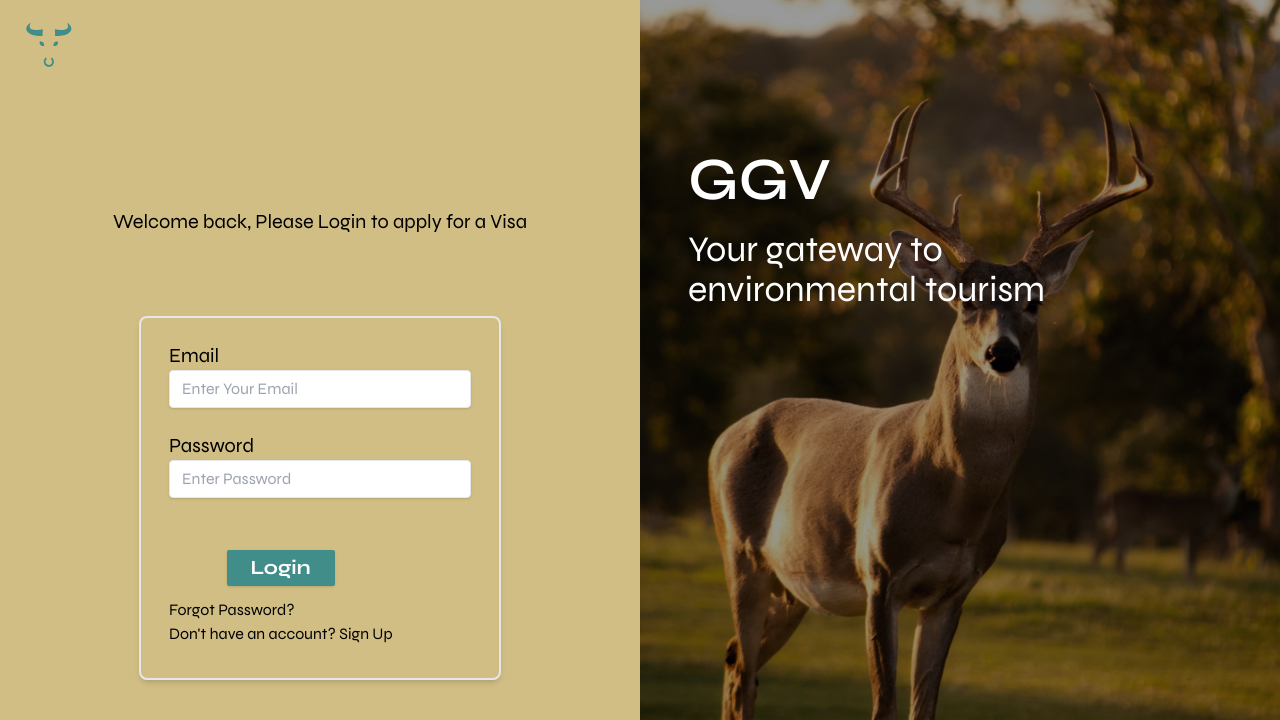
Repository: EngrAhmadUmar/landing-page
Page: /login
An editor plug-in stored every save of this project. The page is shown before and after the next save, followed by the edit.
The browser window is 1280 px wide. The pictures show the whole page.
The project was rebuilt for these pictures with package versions that can differ from the ones it lists, and the page was loaded fresh each time. The framework's server and built-in components were replaced by stand-ins that run in the browser. Also part of the build but not shown: next.config.js, styles/Home.module.css, src/Components/ApplyPageComponents/ApplyForm.jsx, src/Components/ApplyPageComponents/RegisterForm.jsx.

Above is the page before, as saved 2022-07-08 15:19:34.

### pages/_app.js
import "../styles/globals.css";
import { ApolloClient, InMemoryCache, ApolloProvider } from "@apollo/client";

//apollo clients
const client = new ApolloClient({
  uri: "http://localhost:1337/graphql",
  cache: new InMemoryCache()
});

function MyApp({ Component, pageProps }) {
  return (
    <ApolloProvider client={client}>
      <Component {...pageProps} />
    </ApolloProvider>
  );
}

export default MyApp;

### pages/login.js
import React from "react";
import {
  LoginForm,
} from "../src/Components/ApplyPageComponents/Index";

export default function Login() {
  return (
    <React.Fragment>
      <div className="bg-[#000107] font-syne ">
        <LoginForm />
      </div>
    </React.Fragment>
  );
}

### pages/api/checkout_sessions.js
const stripe = require("stripe")(process.env.STRIPE_SECRET_KEY);

export default async function handler(req, res) {
  if (req.method === "POST") {
    try {
      const sgMail = require("@sendgrid/mail");
      sgMail.setApiKey(process.env.SENDGRID_API_KEY);
      const message = {
        to: "zcaptain65@gmail.com",
        from: "zcaptain2002@gmail.com",
        // subject: "Scenario 44",
        // text: "Lift and coast where possible",
        templateId: "d-f408be01db99489cbd757d4607cf23f2",
        dynamicTemplateData: {
          subject: "GGV Test Email",
        },
        // html: "<h1>Success</h1> <p>We received your purchase request;<br/> we'll be in touch shortly!</p>",
      };

      sgMail
        .send(message)
        .then((response) => console.log("Email Sent"))
        .catch((error) => console.log(error.message));
      // Create Checkout Sessions from body params.
      const session = await stripe.checkout.sessions.create({
        line_items: [
          {
            // Provide the exact Price ID (for example, pr_1234) of the product you want to sell
            price: "price_1LG6qaFQPGmzrn5tDKjmnos3",
            quantity: 1,
          },
        ],
        mode: "payment",

        success_url: `${req.headers.origin}/payments/?success=true`,
        cancel_url: `${req.headers.origin}/payments/?canceled=true`,
      });
      res.redirect(303, session.url);
    } catch (err) {
      res.status(err.statusCode || 500).json(err.message);
    }
  } else {
    res.setHeader("Allow", "POST");
    res.status(405).end("Method Not Allowed");
  }
}

### styles/globals.css
@import url("https://fonts.googleapis.com/css2?family=Poppins:wght@400;500;600&family=Syne:wght@400;500;600;700&display=swap");

@tailwind base;
@tailwind components;
@tailwind utilities;

### src/Components/ApplyPageComponents/Index.jsx
export { default as ApplyForm } from "./ApplyForm";
export { default as LoginForm } from "./LoginForm";
export { default as RegisterForm } from "./RegisterForm";

### src/Components/ApplyPageComponents/LoginForm.jsx
import { useMutation } from "@apollo/client";
import Head from "next/head";
import { useState } from "react";
import Image from "next/image";
import FormButton from "./FormButton";
import { AUTH_TOKEN } from "../constant";
import { LOGIN_MUTATION } from "../../mutations/auth";

const Login = () => {
  const [username, setUsername] = useState("");
  const onChangeUsername = (e) => {
    setUsername(e.target.value);
  };
  const [password, setPassword] = useState("");
  const onChangePassword = (e) => {
    setPassword(e.target.value);
  };

  const onSubmit = (e) => {
    e.preventDefault();
    if (username === "" || password === "") {
      return alert("please fill in all fields");
    }
    login(username, password);

    setUsername("");
    setPassword("");
  };

  const [login, { data, loading, error }] = useMutation(LOGIN_MUTATION, {
    variables: {
      username: username,
      password: password
    }
  });

  if (data) {
    localStorage.setItem(AUTH_TOKEN, data.login.jwt);
    console.log(data);
    localStorage.setItem("user", JSON.stringify(data));
    console.log("user logged in");
  }

  return (
    <div className="font-syne bg-[#d1be84] bg-cover grid grid-col-1 md:grid-cols-2 md:h-[100vh]">
      <Head>
        <title>Login</title>
        <meta name="description" content="Login to GGV" />
      </Head>
      <div className="h-[100vh]">
        <div className="w-[50px] h-40 pt-5 ml-6">
          <Image
            src="/logo.svg"
            layout="responsive"
            width={5}
            height={5}
            opacity={100}
          />
        </div>
        <h3 className="text-center text-xl mt-[3rem]">
          Welcome back, Please Login to apply for a Visa
        </h3>
        <div className="flex justify-center">
          <form
            onSubmit={onSubmit}
            className="pt-6 pb-8 mb-4 mt-[5rem] border-2 rounded-lg shadow-md px-7 border-gray "
          >
            <div className="mb-6">
              <label className="text-lg md:text-xl">Email</label>
              <input
                type="email"
                className="w-full px-3 py-2 leading-tight text-gray-700 border rounded shadow appearance-none focus:outline-none focus:shadow-outline"
                name="username"
                onChange={onChangeUsername}
                placeholder="Enter Your Email"
                value={username}
              />
            </div>

            <div className="mb-4">
              <label className="text-lg md:text-xl">Password</label>
              <input
                type="password"
                name="password"
                value={password}
                onChange={onChangePassword}
                placeholder="Enter Password"
                className="w-full px-3 py-2 leading-tight text-gray-700 border rounded shadow appearance-none focus:outline-none focus:shadow-outline"
              />
            </div>

            <div className="mt-5 ml-[8vh]">
              <FormButton buttonInfo={loading ? "Sending" : "Login"} />
            </div>
            <div>
              <h3>Forgot Password?</h3>
              <h3>Don't have an account? Sign Up</h3>
            </div>
          </form>
        </div>
      </div>

      <div className="hidden md:flex bg-[url('/apply_for_visa_bg.png')]  bg-cover bg-no-repeat sm:bg-center md:bg-bottom lg:bg-bottom xl:bg-bottom 2xl:center">
        <div className="mt-[50px] md:mt-[150px] mx-4 md:mx-12">
          <h3
            className=" text-white
           text-4xl md:text-5xl lg:text-6xl font-semibold"
          >
            GGV
          </h3>
          <p className="max-w-md md:max-w-xl text-2xl md:text-4xl mt-5 text-white">
            Your gateway to <br></br>environmental tourism
          </p>
        </div>
      </div>
    </div>
  );
};

export default Login;

### src/Components/ApplyPageComponents/FormButton.jsx
const FormButton = ({ buttonInfo }) => {
  return (
    <button className="shadow bg-green focus:shadow-outline focus:outline-none text-white font-bold px-6 md:text-xl  rounded-sm mt-8 mb-3 py-1">
      {buttonInfo}
    </button>
  );
};

export default FormButton;

### src/mutations/auth.jsx
import { gql } from "@apollo/client";

const SIGNUP_MUTATION = gql`
  mutation  register($username: String!, $password: String!, $email:String!) {
    register(input: {username:$username, email: $email password:$password}) {
        jwt
        user {
            id
            email
            username
        }
    }
}

`;

const LOGIN_MUTATION = gql`
  mutation  login($username: String!, $password: String!) {
    login(input: {identifier:$username, password:$password}) {
        jwt
        user {
            id
            email
        }
    }
}

`;


export { SIGNUP_MUTATION, LOGIN_MUTATION };

### tailwind.config.js
/** @type {import('tailwindcss').Config} */
module.exports = {
  content: [
    "./pages/**/*.{js,ts,jsx,tsx}",
    "./components/**/*.{js,ts,jsx,tsx}",
    "./src/Components/**/*.{js,ts,jsx,tsx}"
  ],
  theme: {
    extend: {
      colors: {
        black: "#000107",
        green: "#418D89"
      },
      fontFamily: {
        syne: ["Syne"]
      }
    }
  },
  plugins: []
};

Loaded but not shown: src/Components/constant.jsx (common file); pages/api/email.js (no copy from this time; the picture is the same without it)

After the next save:
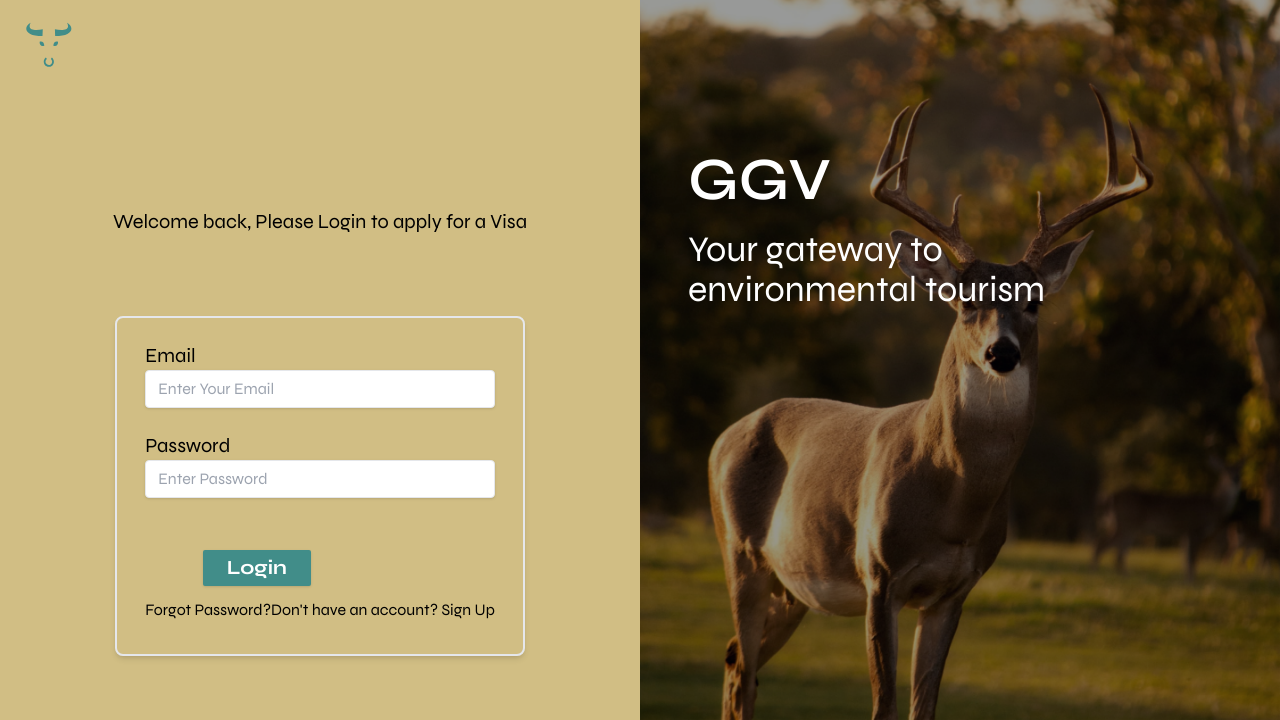
Saved 14 s later.
--- a/src/Components/ApplyPageComponents/LoginForm.jsx
+++ b/src/Components/ApplyPageComponents/LoginForm.jsx
@@ -92,7 +92,7 @@ const Login = () => {
             <div className="mt-5 ml-[8vh]">
               <FormButton buttonInfo={loading ? "Sending" : "Login"} />
             </div>
-            <div>
+            <div className="flex items-center justify-between">
               <h3>Forgot Password?</h3>
               <h3>Don't have an account? Sign Up</h3>
             </div>
